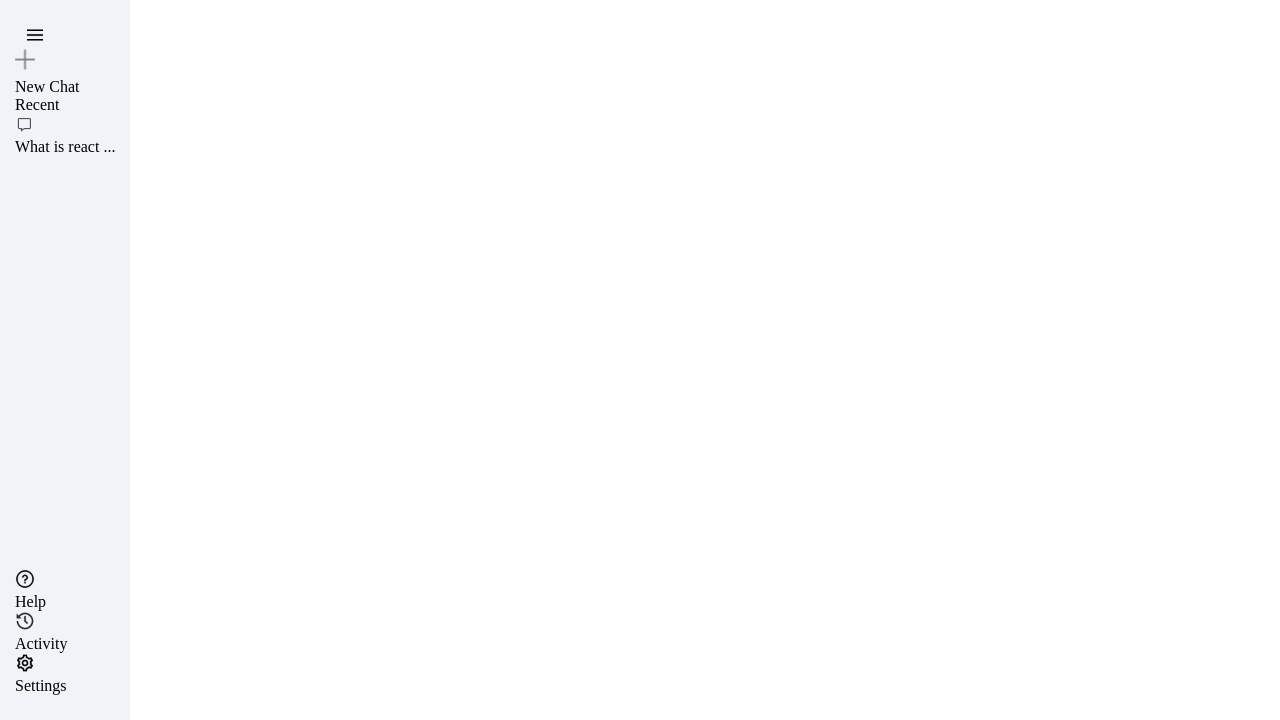
Repository: diyorbe-beep/GhostAi
Page: /
An editor plug-in stored every save of this project. The page is shown before and after a run of saves, followed by the edit.
The browser window is 1280 px wide. The pictures show the whole page.
The project was rebuilt for these pictures with package versions that can differ from the ones it lists, and the page was loaded fresh each time. Also part of the build but not shown: vite.config.js.

Above is the page before, as saved 2025-08-31 11:56:13.

After the next 2 saves:
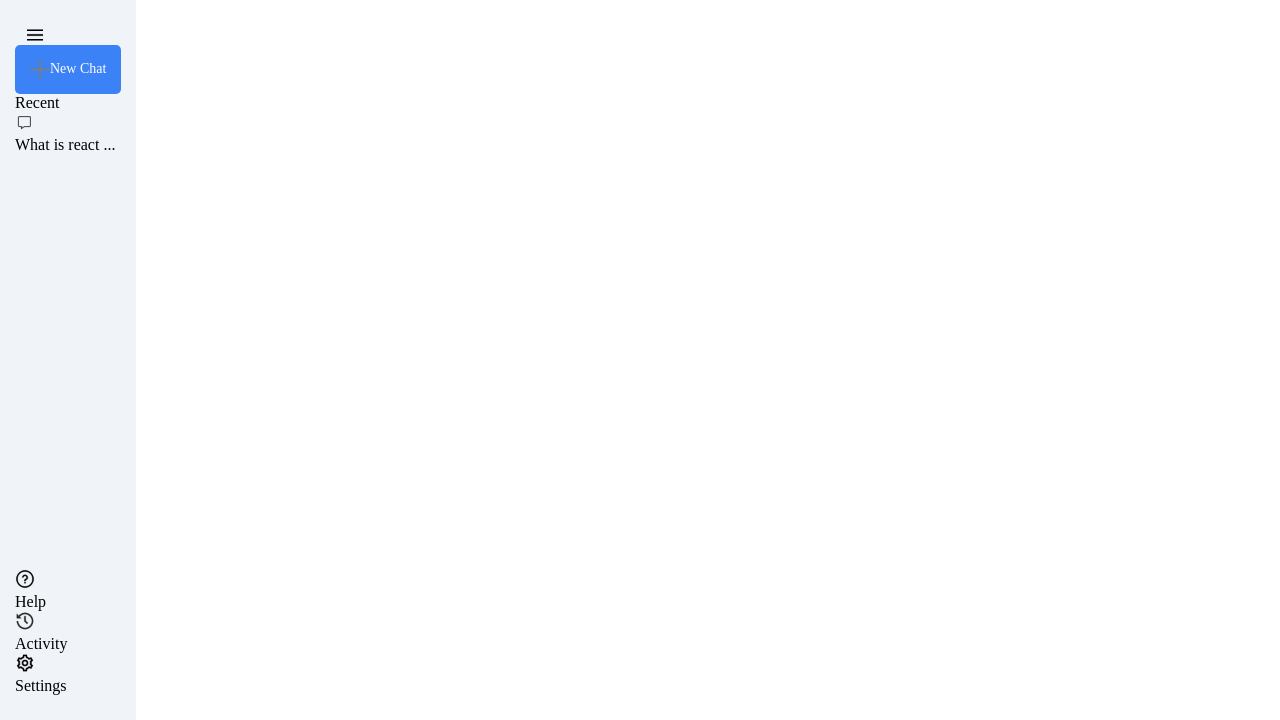
The 2 saves are shown as one change because they came seconds apart.
The last was saved 33 s later.
--- a/src/components/sidebar/sidebar.css
+++ b/src/components/sidebar/sidebar.css
@@ -16,3 +16,16 @@
     margin-left: 10px;
     cursor: pointer;
 }
+
+.sidebar .new_chat{
+    display: flex;
+    align-items: center;
+    justify-content: center;
+    background-color: #3b82f6;
+    color: white;
+    padding: 10px 15px;
+    border-radius: 5px;
+    cursor: pointer;
+    font-size: 14px;
+    font-weight: 500;
+}

After the 2 saves that followed:
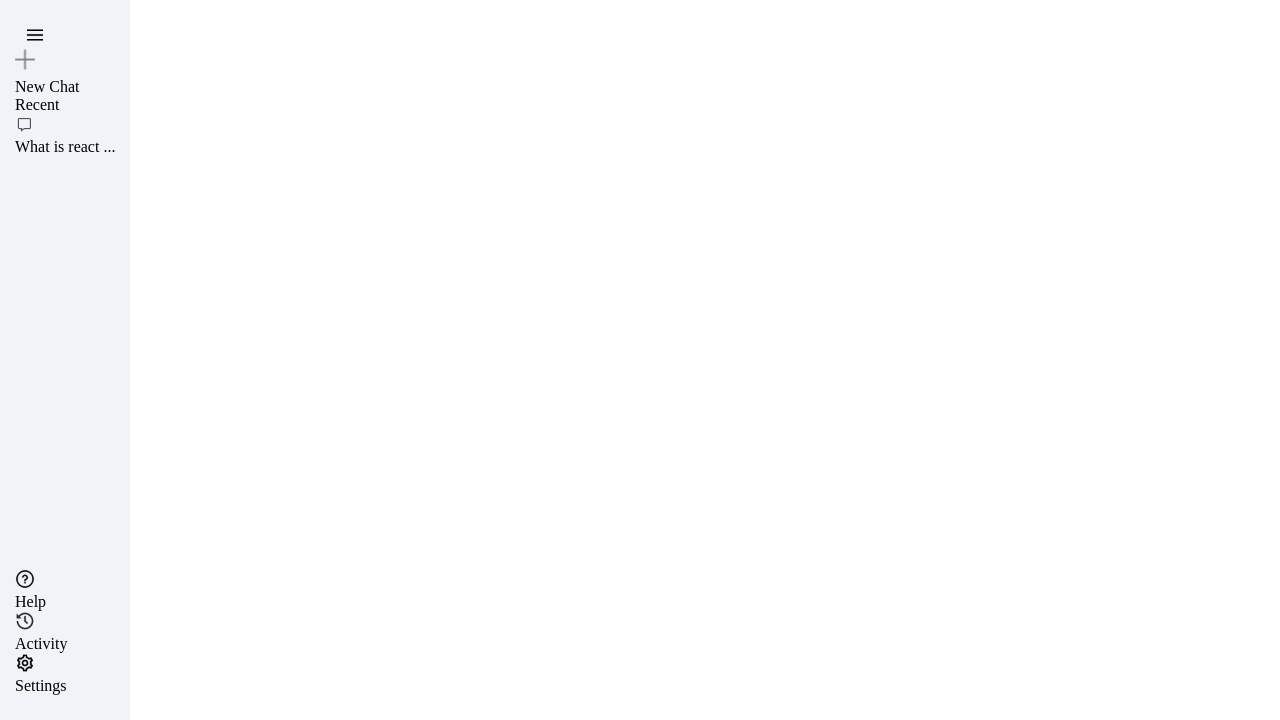
The 2 saves are shown as one change because they came seconds apart.
The last was saved 6 s later.
--- a/src/components/sidebar/sidebar.css
+++ b/src/components/sidebar/sidebar.css
@@ -18,14 +18,5 @@
 }
 
 .sidebar .new_chat{
-    display: flex;
-    align-items: center;
-    justify-content: center;
-    background-color: #3b82f6;
-    color: white;
-    padding: 10px 15px;
-    border-radius: 5px;
-    cursor: pointer;
-    font-size: 14px;
-    font-weight: 500;
+
 }
